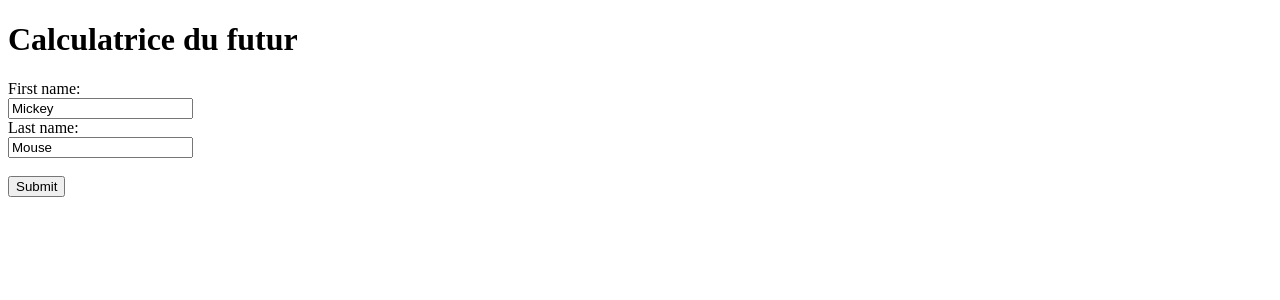
Repository: Kahefsay/javaEE
Page: http://localhost/RiquartDamian/
An editor plug-in stored every save of this project. The page is shown before and after the next save, followed by the edit.
The browser window is 1280 px wide. The pictures show the whole page.
The page is served by Tomcat 9.

Above is the page before, as saved 2018-01-31 10:29:45.

After the next save:
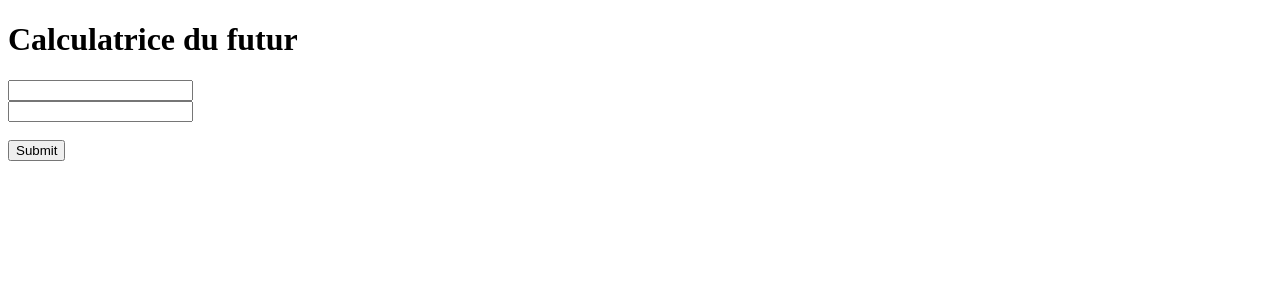
Saved 39 s later.
--- a/RiquartDamian/WebContent/index.jsp
+++ b/RiquartDamian/WebContent/index.jsp
@@ -11,11 +11,9 @@
 <h1>Calculatrice du futur</h1>
 
 <form method="post" action="/">
-  First name:<br>
-  <input type="text" name="firstname" value="Mickey">
+  <input type="text" name="firstNumber">
   <br>
-  Last name:<br>
-  <input type="text" name="lastname" value="Mouse">
+  <input type="text" name="secondNumber">
   <br><br>
   <input type="submit" value="Submit">
 </form>
